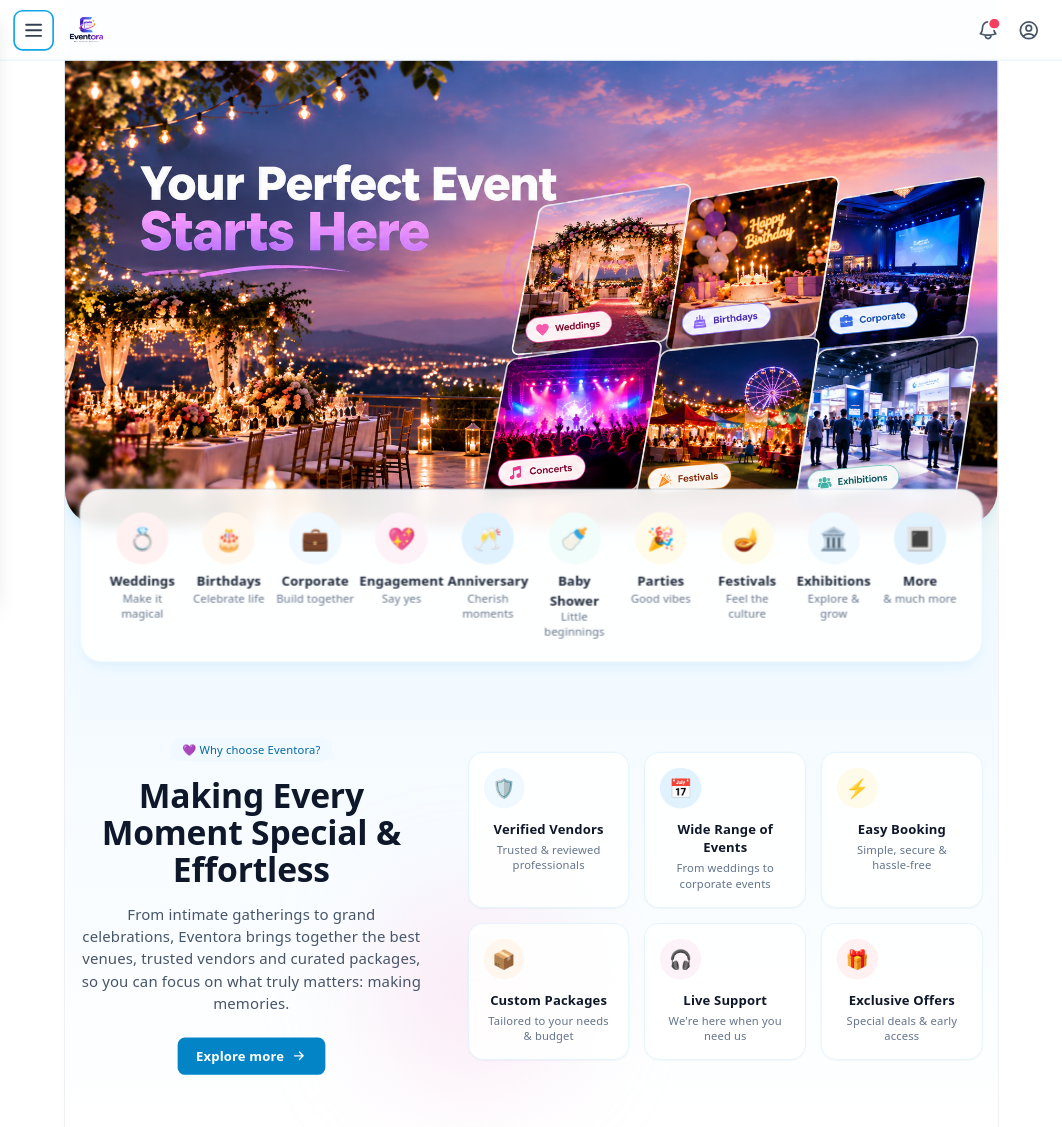
Repository: piyush-2416/Events_Handler
Page: / (app in frontend/)
The author's editor kept a copy of each file at every save. The page is drawn from the files as they stood at one save, then again after the next save.
The browser window is 1280 px wide. The pictures show the whole page, at 83% of full size.
Some web libraries are served in a nearby version. The project was rebuilt for these pictures with package versions that can differ from the ones it lists, and the page was loaded fresh each time. Also part of the build but not shown: frontend/vite.config.js.

Above is the page before, as saved 2026-10-06 23:21:52.

After the next save:
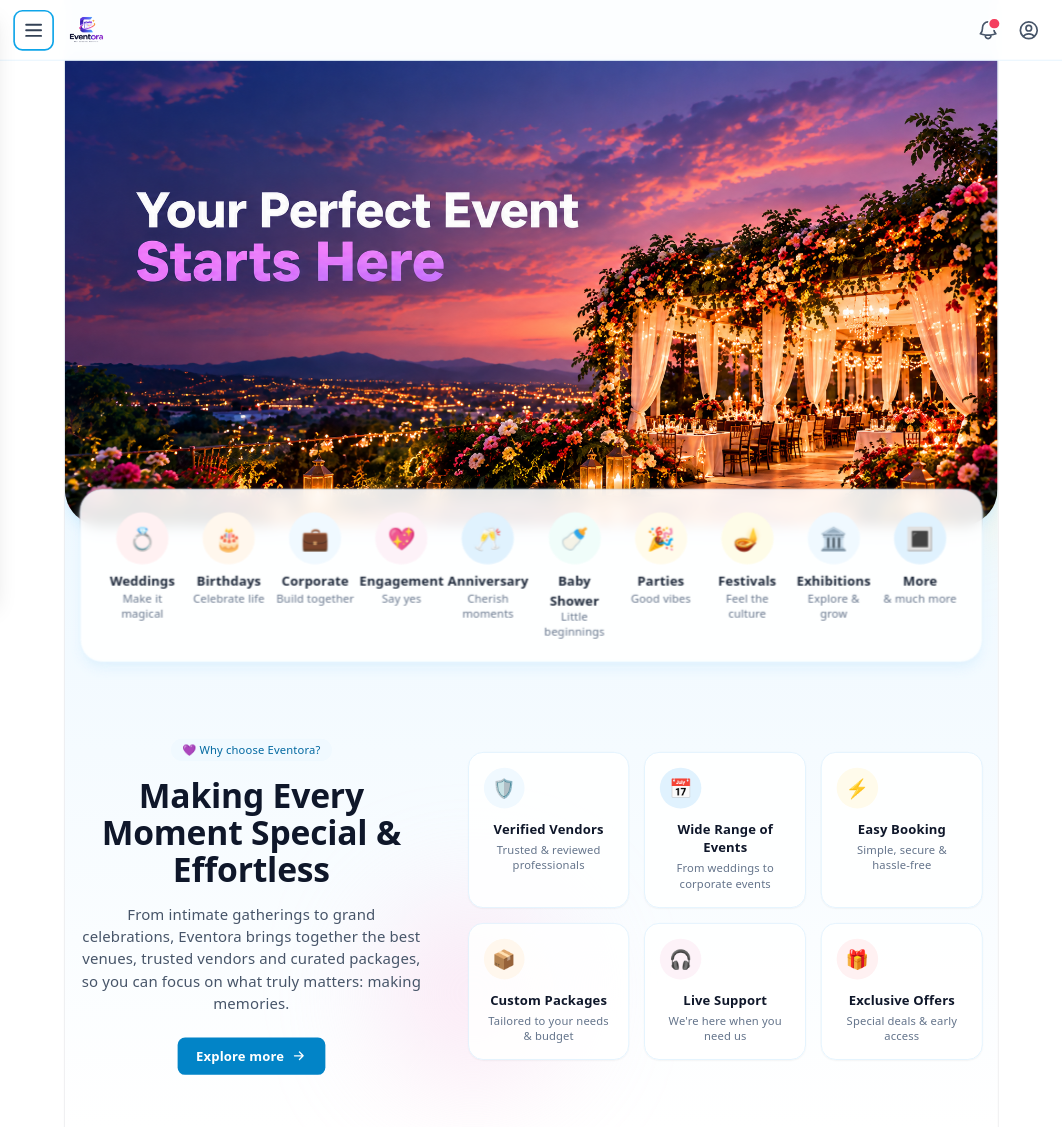
Saved 3 min 33 s later.
--- a/frontend/src/App.jsx
+++ b/frontend/src/App.jsx
@@ -35,7 +35,7 @@ function Hero() {
   return (
     <section className="relative">
       <img
-        src="/Event_Handler_bigImage.png"
+        src="/Project_main_image.png"
         alt="Your Perfect Event Starts Here"
         className="block shadow-lg shadow-sky-200/60 rounded-b-3xl sm:rounded-b-[2.5rem] w-full h-auto object-cover"
         fetchpriority="high"
